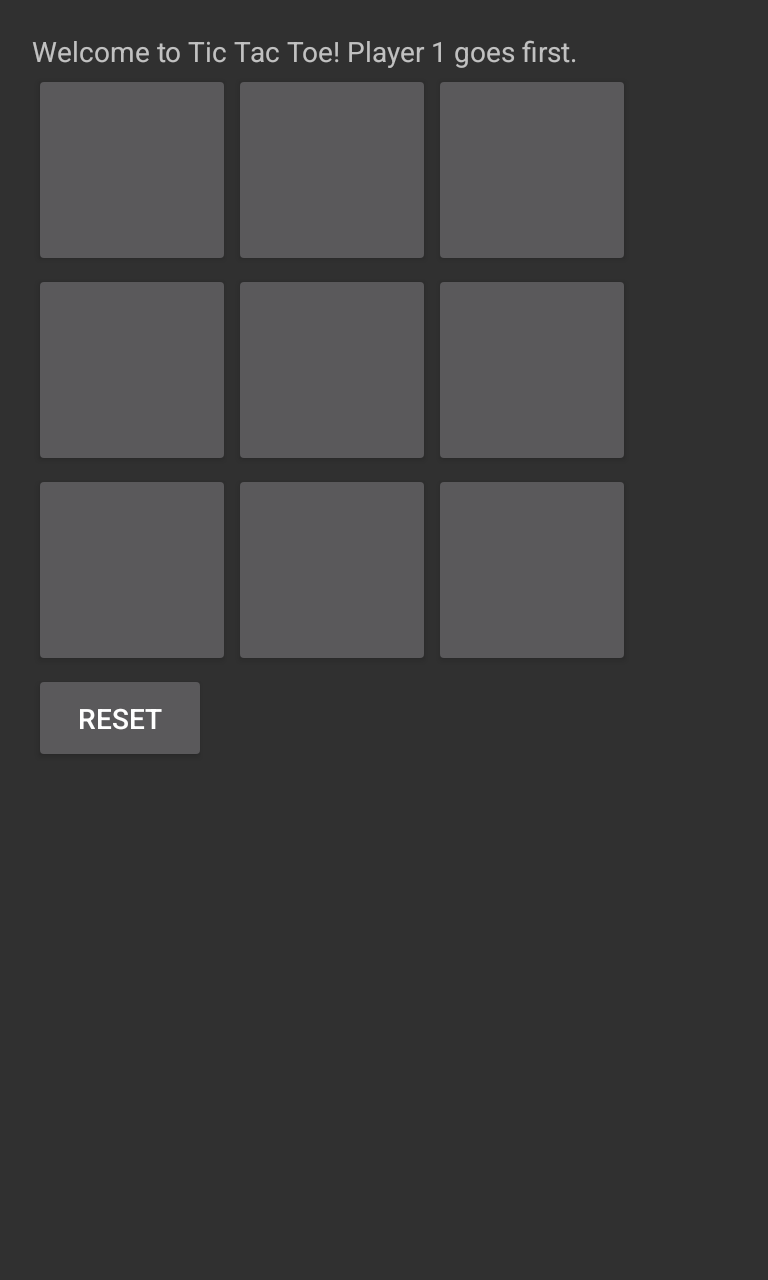
Repository: CarathrynBeutel/CSCI-448
Layout: Project 2/workspace/TicTacToe/res/layout/activity_main.xml
An editor plug-in stored every save of this project. The layout is shown before and after the next save, followed by the edit.
It is drawn on a 768 x 1280 px phone screen (xhdpi) without system bars, with theme Theme.AppCompat; the app's code is not run.

Above is the layout before, as saved 2015-03-29 19:28:37.

After the next save:
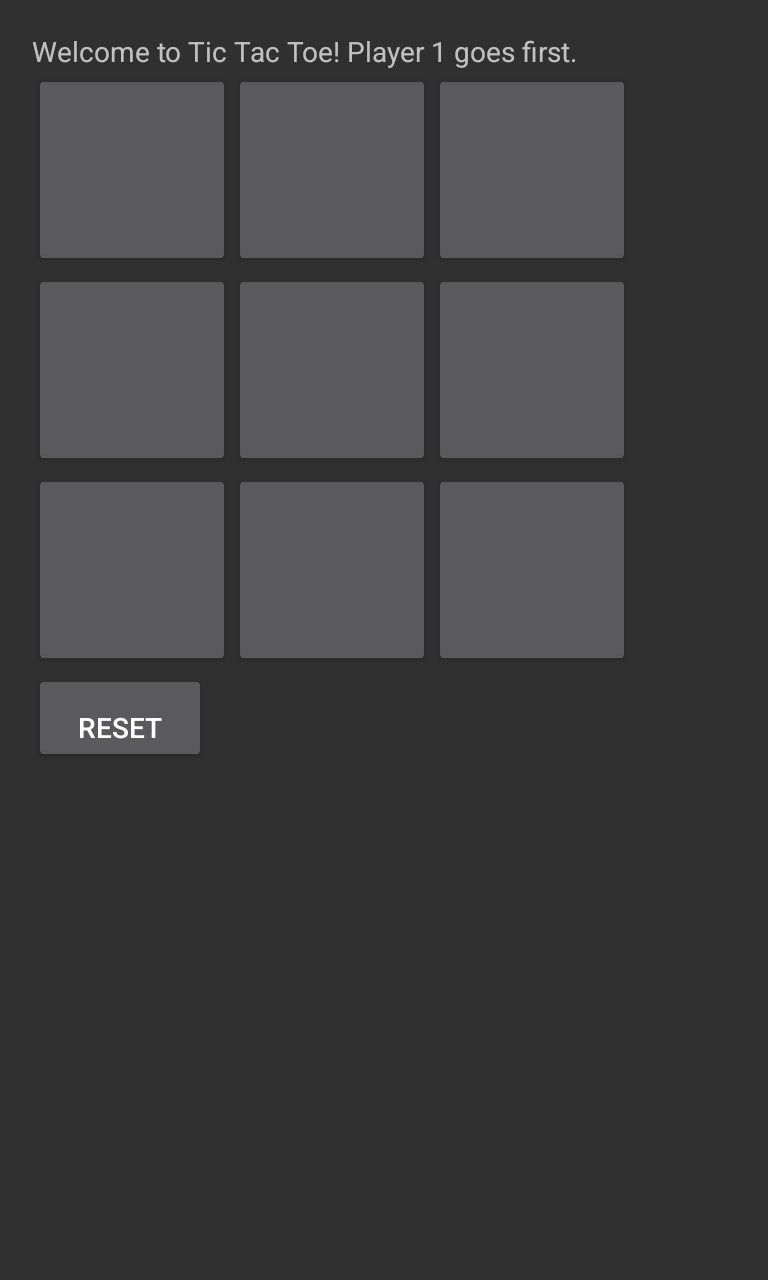
Saved 3 min 41 s later.
--- a/Project 2/workspace/TicTacToe/res/layout/activity_main.xml
+++ b/Project 2/workspace/TicTacToe/res/layout/activity_main.xml
@@ -90,6 +90,7 @@
     <Button
         android:layout_width="wrap_content"
         android:layout_height="wrap_content"
+        android:gravity="center|bottom"
         android:text="Reset"
         android:onClick="resetGame" />
 </LinearLayout>
